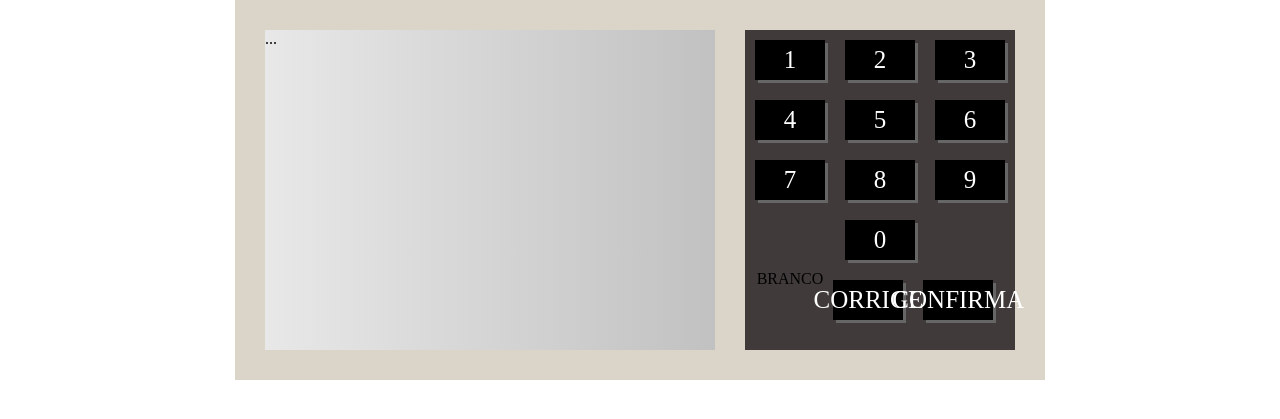
Repository: ThiagoIturra/urnaJs
Page: index.html
The author's editor kept a copy of each file at every save. The page is drawn from the files as they stood at one save, then again after the next save.
The browser window is 1280 px wide. The pictures show the whole page.

Above is the page before, as saved 2022-01-05 16:04:47.

### index.html
<!DOCTYPE html>
<html lang="pt-BR">
<header>
    <meta charset="UTF-8" />
    <meta name="viewport" content="width=device-width, initial-scale=1.0">
    <link rel="stylesheet" href="style.css">
    <title>Urna Eletrônica</title>
</header>
<body>
    <div class="urna">
        <div class="screen">
...
        </div>
        <div class="keyboard">
            <div class="keyboard--line">
                <div class="keyboard--button">1</div>
                <div class="keyboard--button">2</div>
                <div class="keyboard--button">3</div>
            </div>
            <div class="keyboard--line">
                <div class="keyboard--button">4</div>
                <div class="keyboard--button">5</div>
                <div class="keyboard--button">6</div>
            </div>
            <div class="keyboard--line">
                <div class="keyboard--button">7</div>
                <div class="keyboard--button">8</div>
                <div class="keyboard--button">9</div>
            </div>
            <div class="keyboard--line">
                <div class="keyboard--button">0</div>
            </div>
            <div class="keyboard--line">
                <div class="keyboard--button--branco">BRANCO</div>
                <div class="keyboard--button">CORRIGE</div>
                <div class="keyboard--button">CONFIRMA</div>
            </div>
        </div>
    </div>
</body>
</html>

### style.css
body {
    margin: 0;
    display: flex;
    justify-content: center;
    align-items: center;
}

.urna {
    background-color: #dbd5c9;
    padding: 30px;
    display: flex;
}

.screen {
    width: 450px;
    height: 320px;
    background: linear-gradient(to right, #e8e8e8, #c1c1c1);
}

.keyboard {
    background-color: #403A3A;
    margin-left: 30px;
}

.keyboard--line {
    display: flex;
    justify-content: center;
}

.keyboard--button {
    width: 70px;
    height: 40px;
    background-color: #000;
    color: #fff;
    font-size: 25px;
    display: flex;
    justify-content: center;
    align-items: center;
    margin: 10px;
    cursor: pointer;
    box-shadow: 3px 3px 0px #666;
}

After the next save:
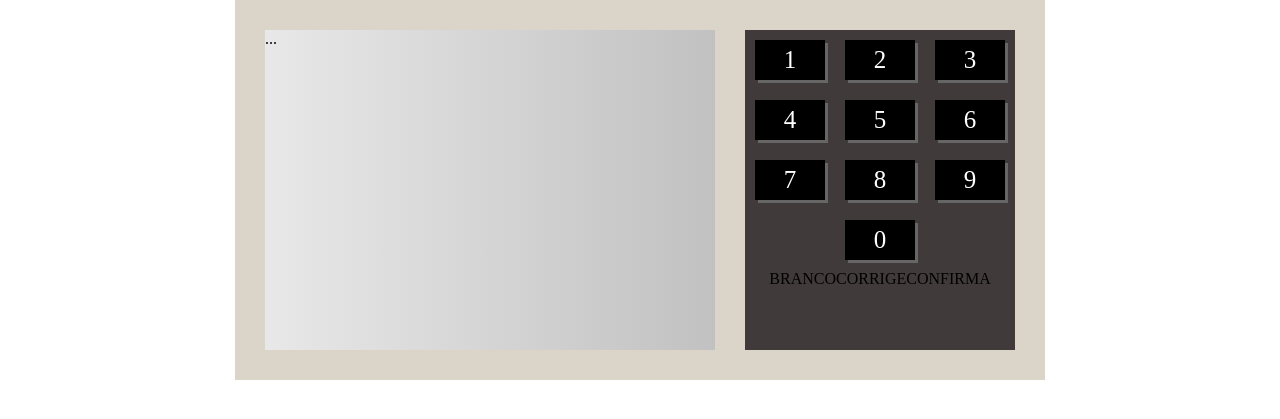
Saved 24 s later.
--- a/index.html
+++ b/index.html
@@ -32,8 +32,8 @@
             </div>
             <div class="keyboard--line">
                 <div class="keyboard--button--branco">BRANCO</div>
-                <div class="keyboard--button">CORRIGE</div>
-                <div class="keyboard--button">CONFIRMA</div>
+                <div class="keyboard--button--corrige">CORRIGE</div>
+                <div class="keyboard--button--confirma">CONFIRMA</div>
             </div>
         </div>
     </div>
